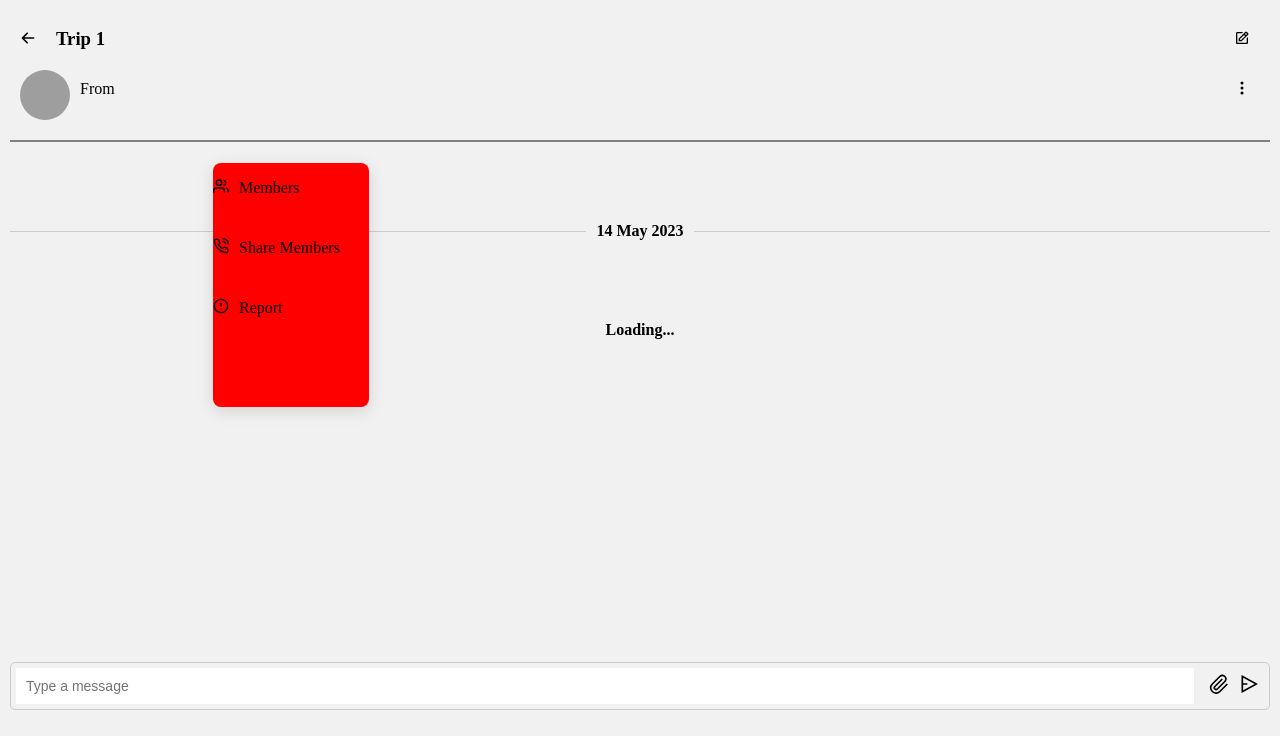
Repository: Abhi2359/PWA_Corider
Page: /, after clicking the first element matching `div.dot_icon`
An editor plug-in stored every save of this project. The page is shown before and after the next save, followed by the edit.
The browser window is 1280 px wide. The pictures show the whole page.
Pictures or frames that could not be fetched are drawn as grey boxes. The page's requests for data from a server got no answer. The project was rebuilt for these pictures with package versions that can differ from the ones it lists, and the page was loaded fresh each time. No one was signed in, and anything a server would have sent is missing. Also part of the build but not shown: vite.config.js, src/chatInput/Chat.css, src/chatInput/Chat.jsx.

Above is the page before, as saved 2023-05-14 21:00:44.

After the next save:
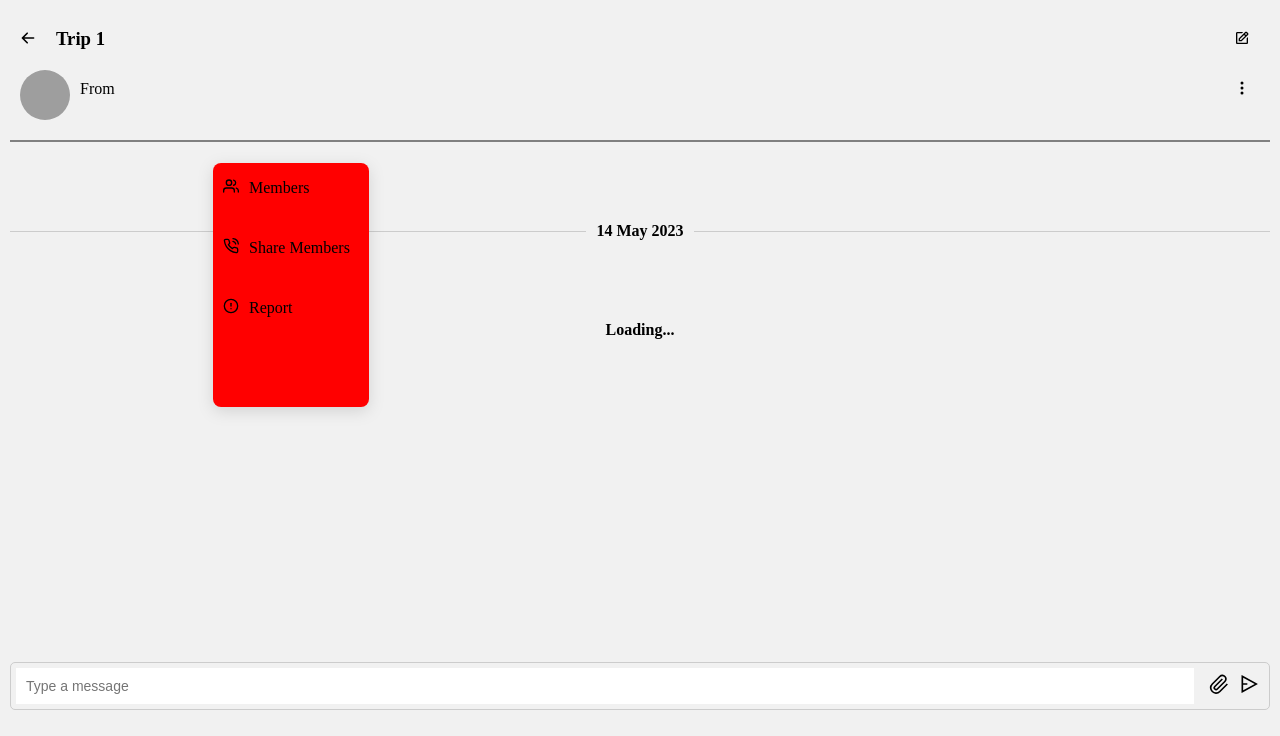
Saved 4 s later.
--- a/src/Card/card.css
+++ b/src/Card/card.css
@@ -18,7 +18,7 @@
   display: flex;
   align-items: center;
   margin-bottom: 10px;
-  margin-right: 10px;
+  margin-left: 10px;
 }
 
 .icon {
